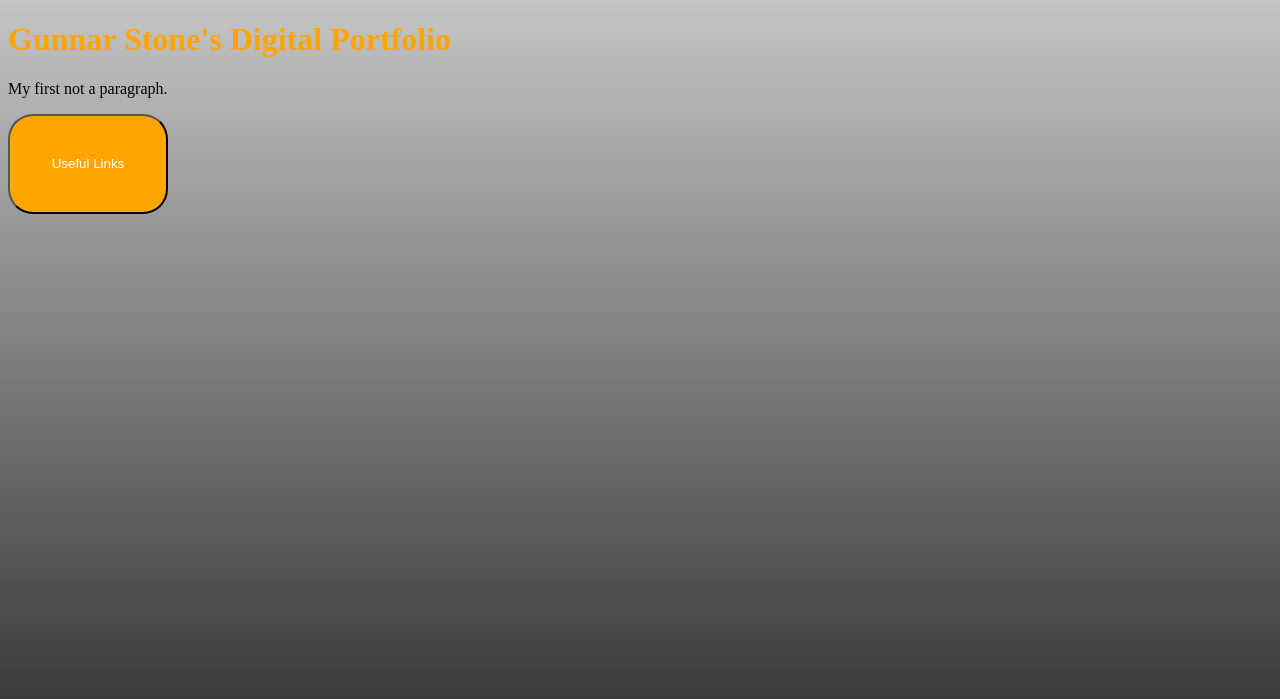
Repository: GunnarStone/GunnarStone.github.io
Page: Navbar.html
The author's editor kept a record of every edit. The page is drawn from the files as they stood at one moment, then again after the next edit.
The browser window is 1280 px wide. The pictures show the whole page.

Above is the page before.

### Navbar.html
<!DOCTYPE html>
<html>
    <head id="grad1">

        <style>
        body {background-color: white;}
        h1   {color: orange;}
        p    {color: black;}
        a:hover {
          background-color: orange;
          color:white;
        }
         .dropbtn {
          border-radius: 25px;
          background: orange;
          padding: 20px;
          width: 160px;
          height: 100px;
          color:white;
        }
        .dropdown {
          position: relative;
          display: inline-block;
        }
        .dropdown-content {
          border-radius: 25px;
          display: none;
          position: absolute;
          background-color: grey;
          min-width: 160px;
          box-shadow: 0px 8px 16px 0px rgba(0,0,0,0.2);
          z-index: 1;
        }
        .dropdown-content a {
         border-radius:25px;
         color: black;
         padding: 12px 16px;
         text-decoration: none;
         display: block;
        }
        .dropdown-content a:hover {color:white;}
        .dropdown-content a:hover {background-color: Orange;}
        .dropdown:hover .dropdown-content {display: block;}
        .dropdown:hover .dropbtn {background-color: orange;}
        .dropdown-text {
            font-size: 40px;
        }
        body {
          background: url(data:[embedded picture, 1707 characters]) no-repeat center fixed;
          background-size: cover;
        }
        body {
            border-radius:25px ;
        }
        .center{
            text-align:center;
        }
     </style>
        <title>My Little Digital Portfolio</title>
    </head>
    <body>

    <h1 >Gunnar Stone's Digital Portfolio</h1>
    <p>My first not a paragraph.</p>
    <div class="dropdown">
  <button class="dropbtn" class="dropdown-text">Useful Links</button>
  <div class="dropdown-content">
    <a href="https://www.google.com">Google</a>
    <a href="https://www.yahoo.com/">Yahoo</a>
    <a href="#">Link 3</a>
  </div>
</div>
    </body>
</html>

After the next edit:
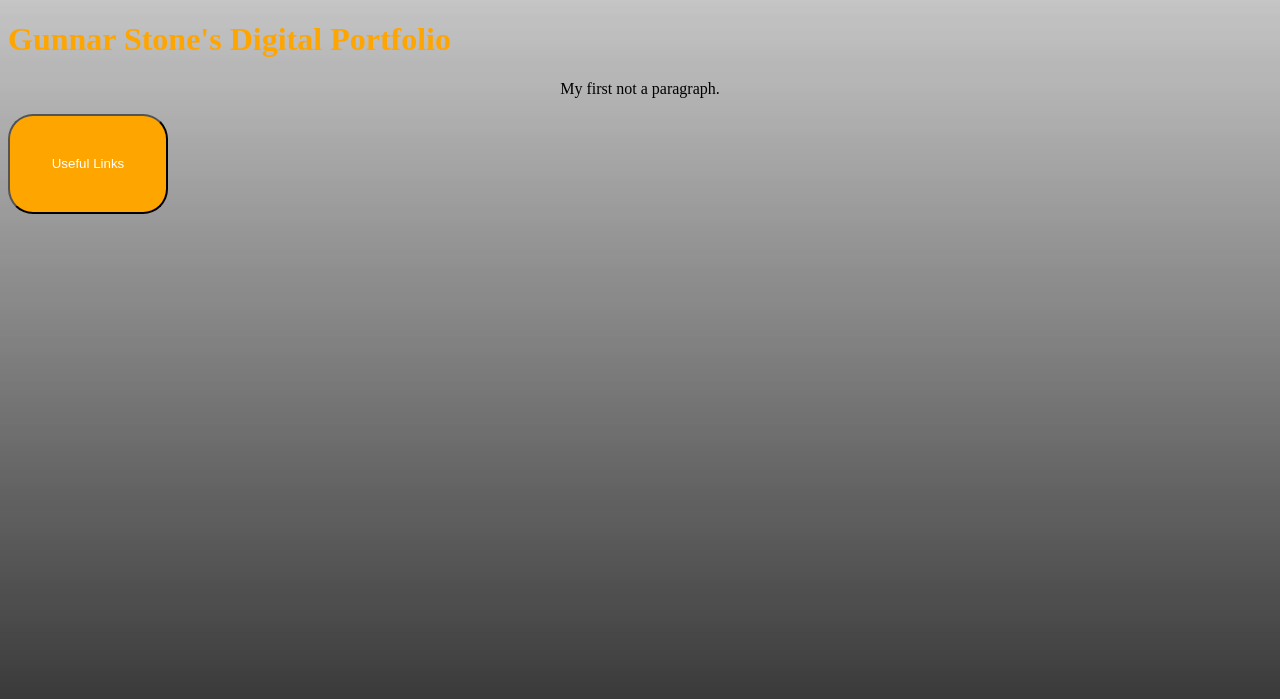
The edit:
--- a/Navbar.html
+++ b/Navbar.html
@@ -61,7 +61,7 @@
     <body>
 
     <h1 >Gunnar Stone's Digital Portfolio</h1>
-    <p>My first not a paragraph.</p>
+    <p class="center">My first not a paragraph.</p>
     <div class="dropdown">
   <button class="dropbtn" class="dropdown-text">Useful Links</button>
   <div class="dropdown-content">
